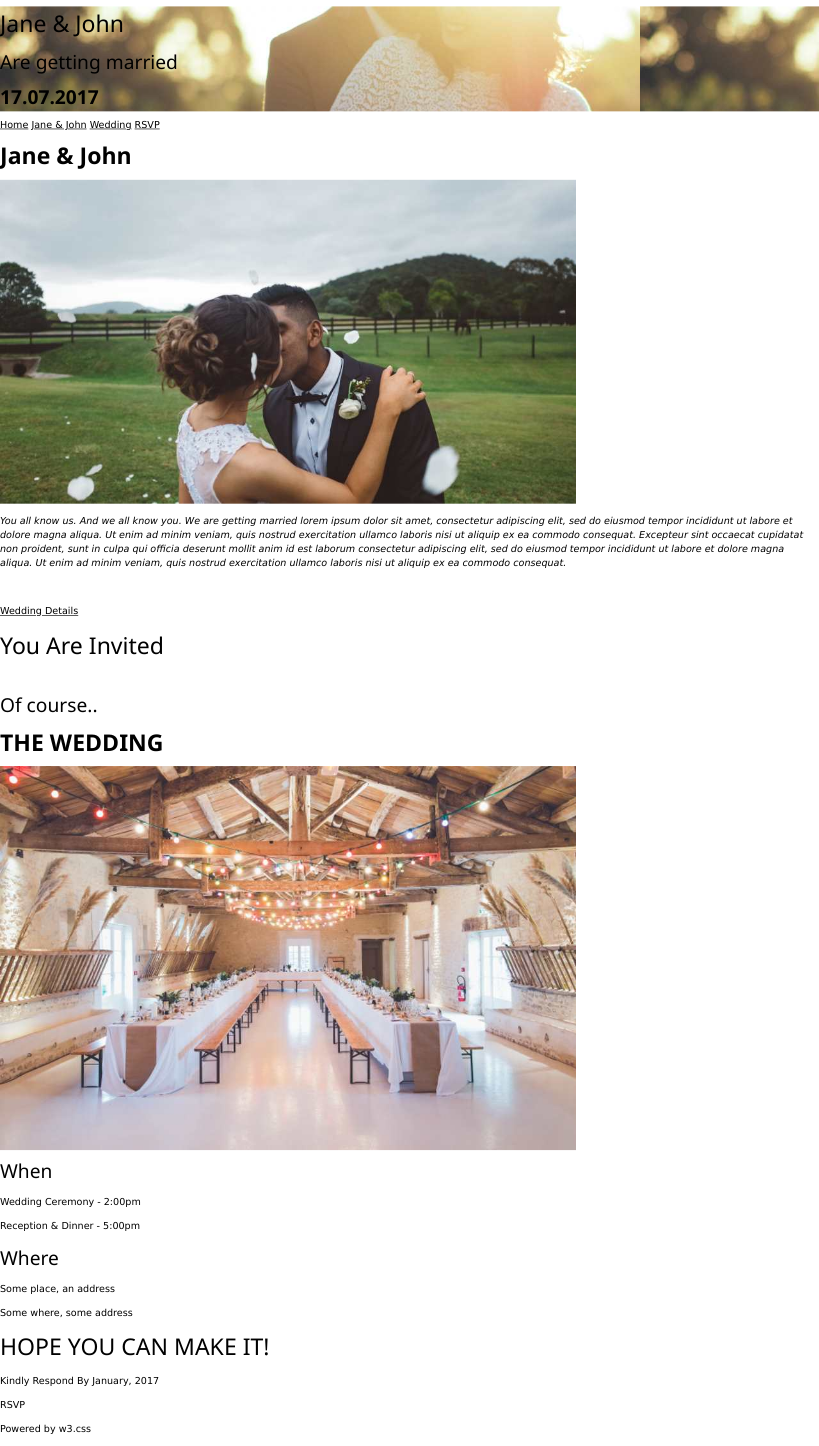
Repository: hesshess/clonecoding-assignment
Page: 4-wedding-invitation/template4.html
These files come from the project's save history. The page is drawn as it stood at one moment and after the next save; the edit follows.
The browser window is 1280 px wide. The pictures show the whole page, at 64% of full size.

Above is the page before, as saved 2022-03-17 17:04:06.

After the next save:
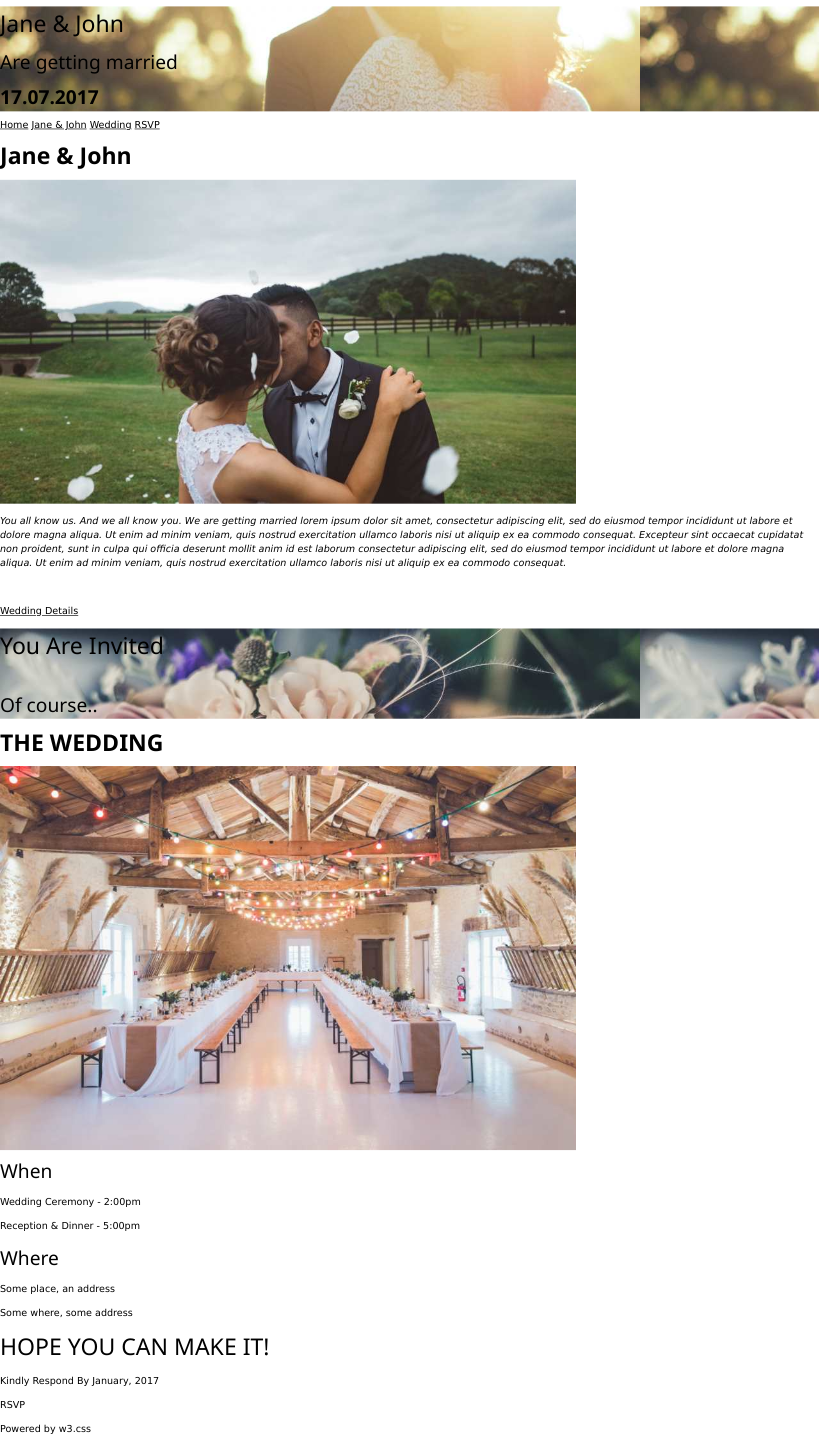
Saved 99 s later.
--- a/4-wedding-invitation/template4.html
+++ b/4-wedding-invitation/template4.html
@@ -12,7 +12,7 @@
 <body>
 
 <!-- Header / Home-->
-<header style="background-image: url('./img/wedding_couple.jpg');" id="home">
+<header class="bgimg" style="background-image: url('./img/wedding_couple.jpg');" id="home">
   <div>
     <h1 >Jane & John</h1>
     <h2>Are getting married</h2>
@@ -44,7 +44,7 @@
 </div>
 
 <!-- Background photo -->
-<div class="bgimg2">
+<div class="bgimg2" style ="background-image: url('./img/flowers.jpg');">
   <div >
     <h1 >You Are Invited</h1><br>
     <h2>Of course..</h2>
